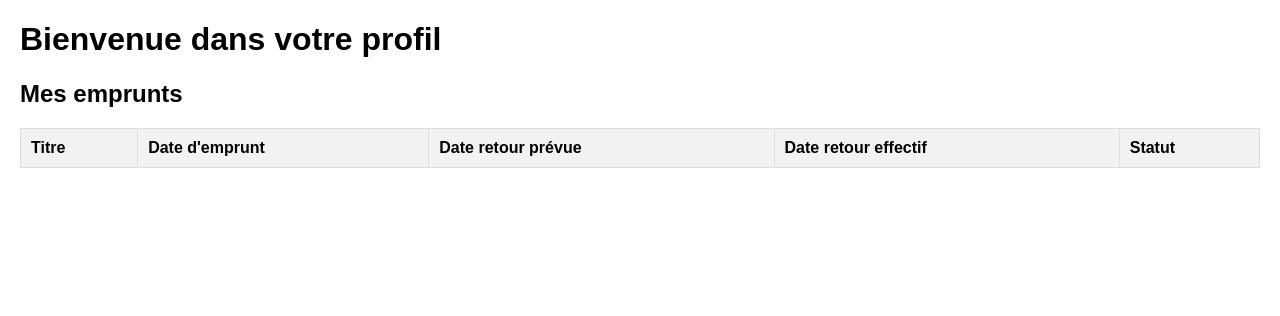
Repository: HAM0909/BookSmart
Page: profle.html
The author's editor kept a copy of each file at every save. The page is drawn from the files as they stood at one save, then again after a run of saves.
The browser window is 1280 px wide. The pictures show the whole page.
The page's requests for data from a server got no answer. Some web libraries are served in a nearby version.

Above is the page before, as saved 2025-08-22 21:14:31.

After the next 2 saves:
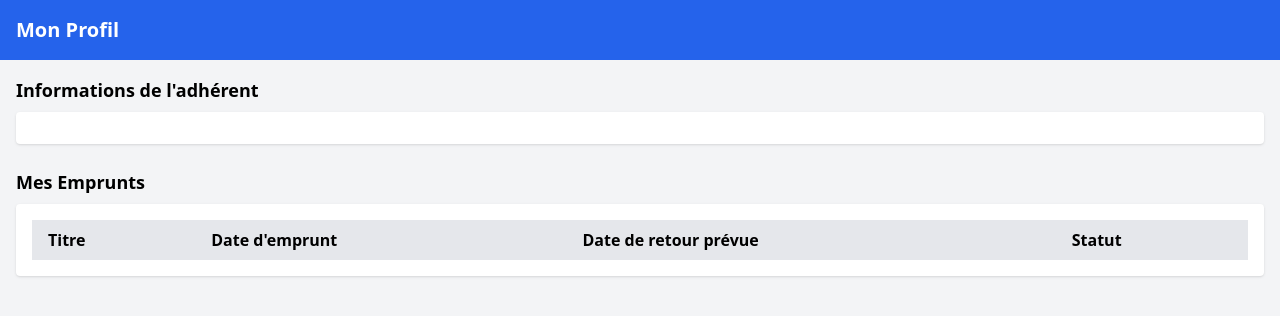
The 2 saves are shown as one change because they came seconds apart.
The last was saved 2 min 1 s later.
--- a/profle.html
+++ b/profle.html
@@ -3,72 +3,107 @@
 <head>
     <meta charset="UTF-8">
     <title>Profil - Mes Emprunts</title>
-    <style>
-        body { font-family: Arial, sans-serif; margin: 20px; }
-        table { width: 100%; border-collapse: collapse; margin-top: 20px; }
-        th, td { padding: 10px; border: 1px solid #ddd; text-align: left; }
-        th { background-color: #f2f2f2; }
-        .en_retard { color: red; font-weight: bold; }
-        .en_cours { color: orange; font-weight: bold; }
-        .rendu { color: green; font-weight: bold; }
-    </style>
+    <script src="https://cdn.tailwindcss.com"></script>
 </head>
-<body>
+<body class="bg-gray-100 min-h-screen">
 
-<h1>Bienvenue dans votre profil</h1>
-<h2>Mes emprunts</h2>
+<header class="bg-blue-600 text-white p-4 flex justify-between items-center">
+    <h1 class="text-xl font-bold">Mon Profil</h1>
+</header>
 
-<table id="emprunts-table">
-    <thead>
-        <tr>
-            <th>Titre</th>
-            <th>Date d'emprunt</th>
-            <th>Date retour prévue</th>
-            <th>Date retour effectif</th>
-            <th>Statut</th>
-        </tr>
-    </thead>
-    <tbody>
+<main class="p-4">
+    <section class="mb-6">
+        <h2 class="text-lg font-semibold mb-2">Informations de l'adhérent</h2>
+        <div id="userInfo" class="bg-white shadow rounded p-4">
+            <!-- Infos utilisateur insérées par JS -->
+        </div>
+    </section>
 
-    </tbody>
-</table>
+    <section>
+        <h2 class="text-lg font-semibold mb-2">Mes Emprunts</h2>
+        <div class="bg-white shadow rounded p-4">
+            <table class="w-full text-left table-auto border-collapse">
+                <thead>
+                    <tr class="bg-gray-200">
+                        <th class="px-4 py-2">Titre</th>
+                        <th class="px-4 py-2">Date d'emprunt</th>
+                        <th class="px-4 py-2">Date de retour prévue</th>
+                        <th class="px-4 py-2">Statut</th>
+                    </tr>
+                </thead>
+                <tbody id="empruntsTable">
+                    <!-- Les emprunts seront insérés par JS -->
+                </tbody>
+            </table>
+        </div>
+    </section>
+</main>
 
 <script>
+let currentUserId = null;
 
-    const adherentId = 1;
+// Récupérer l'utilisateur connecté
+async function fetchCurrentUser() {
+    try {
+        const response = await fetch("/api/me");
+        const data = await response.json();
+        currentUserId = data.id;
+        displayUserInfo(data);
+    } catch (err) {
+        console.error("Erreur fetchCurrentUser:", err);
+        currentUserId = 1; // valeur par défaut pour test
+    }
+}
 
-    async function fetchEmprunts() {
-        try {
-            const response = await fetch(`/api/mes-emprunts?adherent_id=${adherentId}`);
-            if (!response.ok) throw new Error("Erreur lors de la récupération des emprunts");
-            const emprunts = await response.json();
-            renderEmprunts(emprunts);
-        } catch (err) {
-            console.error(err);
-            alert("Impossible de charger vos emprunts.");
-        }
-    }
+// Afficher les infos de l'utilisateur
+function displayUserInfo(user) {
+    const div = document.getElementById("userInfo");
+    div.innerHTML = `
+        <p><strong>Nom :</strong> ${user.nom}</p>
+        <p><strong>Email :</strong> ${user.email}</p>
+        <p><strong>Rôle :</strong> ${user.role}</p>
+    `;
+}
 
-    function renderEmprunts(emprunts) {
-        const tbody = document.querySelector("#emprunts-table tbody");
-        tbody.innerHTML = "";
+// Récupérer les emprunts de l'utilisateur
+async function fetchEmprunts() {
+    if (!currentUserId) return;
+    const response = await fetch(`/api/mes-emprunts?adherent_id=${currentUserId}`);
+    const emprunts = await response.json();
+    return emprunts;
+}
 
-        emprunts.forEach(e => {
-            const tr = document.createElement("tr");
+// Afficher les emprunts dans le tableau
+async function displayEmprunts() {
+    const emprunts = await fetchEmprunts();
+    const tbody = document.getElementById("empruntsTable");
+    tbody.innerHTML = "";
 
-            tr.innerHTML = `
-                <td>${e.titre}</td>
-                <td>${new Date(e.date_emprunt).toLocaleDateString()}</td>
-                <td>${new Date(e.date_retour_prevue).toLocaleDateString()}</td>
-                <td>${e.date_retour_effectif ? new Date(e.date_retour_effectif).toLocaleDateString() : "-"}</td>
-                <td class="${e.statut}">${e.statut.replace("_", " ")}</td>
-            `;
-            tbody.appendChild(tr);
-        });
-    }
+    emprunts.forEach(e => {
+        const tr = document.createElement("tr");
+        tr.className = "border-t";
 
-    // Charger les emprunts au chargement de la page
-    fetchEmprunts();
+        // Mettre le statut en couleur
+        let statutColor = "text-gray-700";
+        if (e.statut === "en_retard") statutColor = "text-red-600 font-bold";
+        if (e.statut === "rendu") statutColor = "text-green-600";
+
+        tr.innerHTML = `
+            <td class="px-4 py-2">${e.titre}</td>
+            <td class="px-4 py-2">${new Date(e.date_emprunt).toLocaleDateString()}</td>
+            <td class="px-4 py-2">${new Date(e.date_retour_prevue).toLocaleDateString()}</td>
+            <td class="px-4 py-2 ${statutColor}">${e.statut}</td>
+        `;
+        tbody.appendChild(tr);
+    });
+}
+
+// Initialisation
+async function init() {
+    await fetchCurrentUser();
+    await displayEmprunts();
+}
+init();
 </script>
 
 </body>
